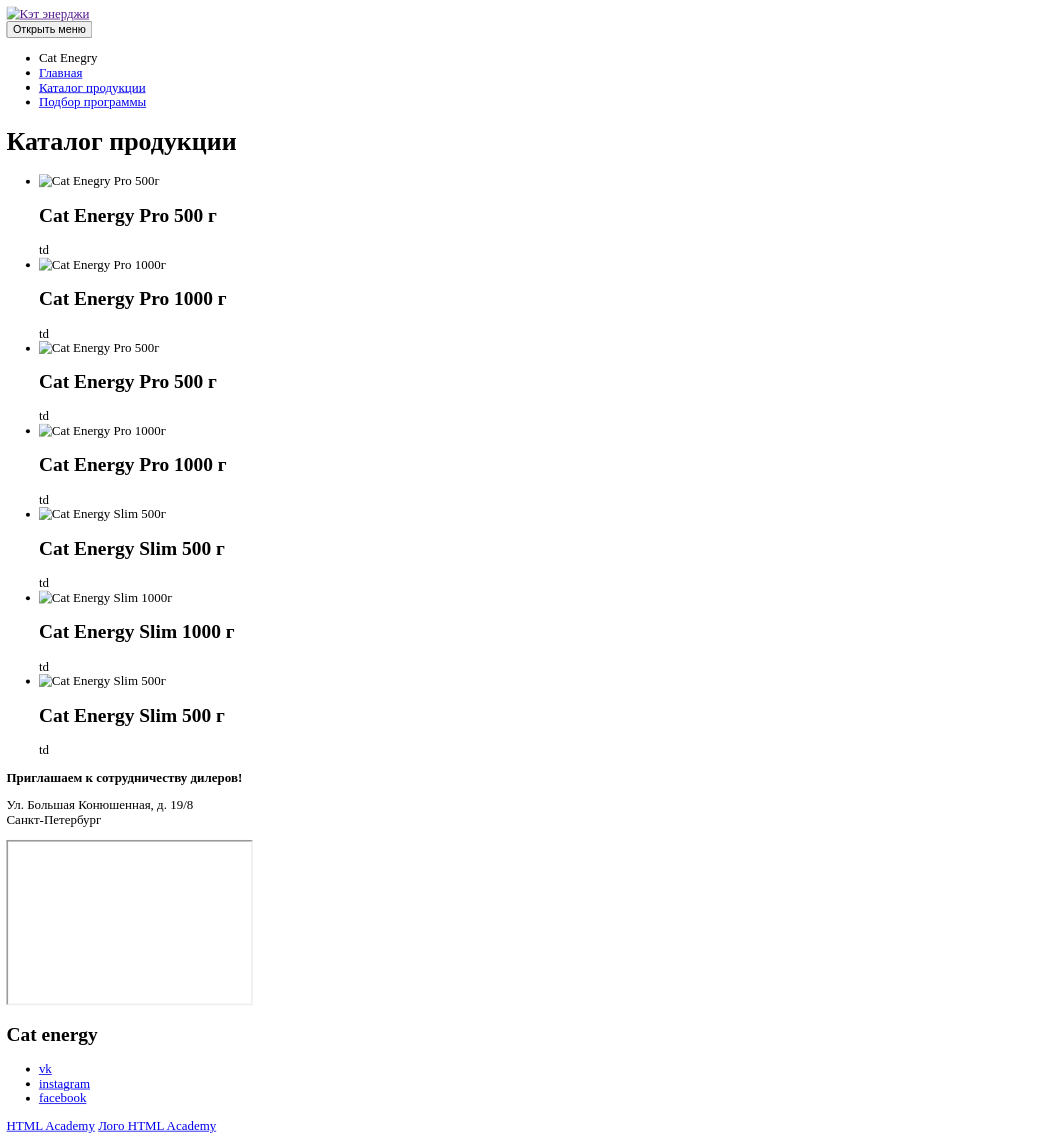
Repository: infernotw/1054987-cat-energy-17
Page: source/catalog.html
The author's editor kept a copy of each file at every save. The page is drawn from the files as they stood at one save, then again after the next save.
The browser window is 1280 px wide. The pictures show the whole page, at 81% of full size.

Above is the page before, as saved 2019-07-17 05:12:38.

### source/catalog.html
<!DOCTYPE html>
<html lang="ru">

<head>
  <meta charset="utf-8">
  <title>HTML Academy: Кэт энерджи</title>
</head>

<body>

  <header class="page-header">
    <a href="" class="page-header__logo">
      <img src="#" alt="Кэт энерджи" width="" height="" class="page-header__logo-image">
    </a>
    <nav class="main-nav">
      <button class="main-nav__toggle" type="button">Открыть меню</button>
      <div class="main-nav__wrapper">
        <ul class="main-nav__list site-list">
          <li class="site-list__item">
            <a class="site-list__item site-list__item--active">Cat Enegry</a>
          </li>
          <li class="site-list__item">
            <a href="#">Главная</a>
          </li>
          <li class="site-list__item">
            <a href="catalog.html">Каталог продукции</a>
          </li>
          <li class="site-list__item">
            <a href="form.html">Подбор программы</a>
          </li>
        </ul>
      </div>
    </nav>
  </header>

  <main class="page-main">
    <h1 class="page-main__title">Каталог продукции</h1>
    <section class="catalog">
      <div class="catalog__wrapper">
        <ul class="catalog__list">
          <li class="catalog__item">
            <img src="#" alt="Cat Enegry Pro 500г" class="catalog__img">
            <h2 class="catalog__name">Cat Energy Pro 500 г</h2>
            <table class="catalog__about">
              <tr>
                td
              </tr>
            </table>
          </li>
          <li class="catalog__item">
            <img src="#" alt="Cat Energy Pro 1000г" class="catalog__img">
            <h2 class="catalog__name">Cat Energy Pro 1000 г</h2>
            <table class="catalog__about">
              <tr>
                td
              </tr>
            </table>
          </li>
          <li class="catalog__item">
            <img src="#" alt="Cat Energy Pro 500г" class="catalog__img">
            <h2 class="catalog__name">Cat Energy Pro 500 г</h2>
            <table class="catalog__about">
              <tr>
                td
              </tr>
            </table>
          </li>
          <li class="catalog__item">
            <img src="#" alt="Cat Energy Pro 1000г" class="catalog__img">
            <h2 class="catalog__name">Cat Energy Pro 1000 г</h2>
            <table class="catalog__about">
              <tr>
                td
              </tr>
            </table>
          </li>
          <li class="catalog__item">
            <img src="#" alt="Cat Energy Slim 500г" class="catalog__img">
            <h2 class="catalog__name">Cat Energy Slim 500 г</h2>
            <table class="catalog__about">
              <tr>
                td
              </tr>
            </table>
          </li>
          <li class="catalog__item">
            <img src="#" alt="Cat Energy Slim 1000г" class="catalog__img">
            <h2 class="catalog__name">Cat Energy Slim 1000 г</h2>
            <table class="catalog__about">
              <tr>
                td
              </tr>
            </table>
          </li>
          <li class="catalog__item">
            <img src="#" alt="Cat Energy Slim 500г" class="catalog__img">
            <h2 class="catalog__name">Cat Energy Slim 500 г</h2>
            <table class="catalog__about">
              <tr>
                td
              </tr>
            </table>
          </li>
        </ul>

      </div>
    </section>


  </main>

  <footer class="page-footer">
    <div class="page-footer__wrapper">
      <div class="page-footer__contacts contacts">
        <b class="contacts__title">Приглашаем к сотрудничеству дилеров!</b>
        <p class="contacts__text">Ул. Большая Конюшенная, д. 19/8<br>Санкт-Петербург</p>
        <div class="contacts__map">
          <iframe src="https://yandex.ru/map-widget/v1/-/CCwfVC62" width="300" height="200"></iframe>
        </div>
      </div>
      <div class="page-footer__social social">
        <h2 class="social__title">Cat energy</h2>
        <ul class="social__list">
          <li class="social__item">
            <a href="#" class="social__link social__link--vk">vk</a>
          </li>
          <li class="social__item">
            <a href="#" class="social__link social__link--instagram">instagram</a>
          </li>
          <li class="social__item">
            <a href="#" class="social__link social__link--facebook">facebook</a>
          </li>
        </ul>
      </div>
      <div class="page-footer__copyright copyright">
        <a href="#" class="copyright__link">HTML Academy</a>
        <a href="#" class="copyright__link">Лого HTML Academy</a>
      </div>
    </div>
  </footer>

</body>

</html>

After the next save:
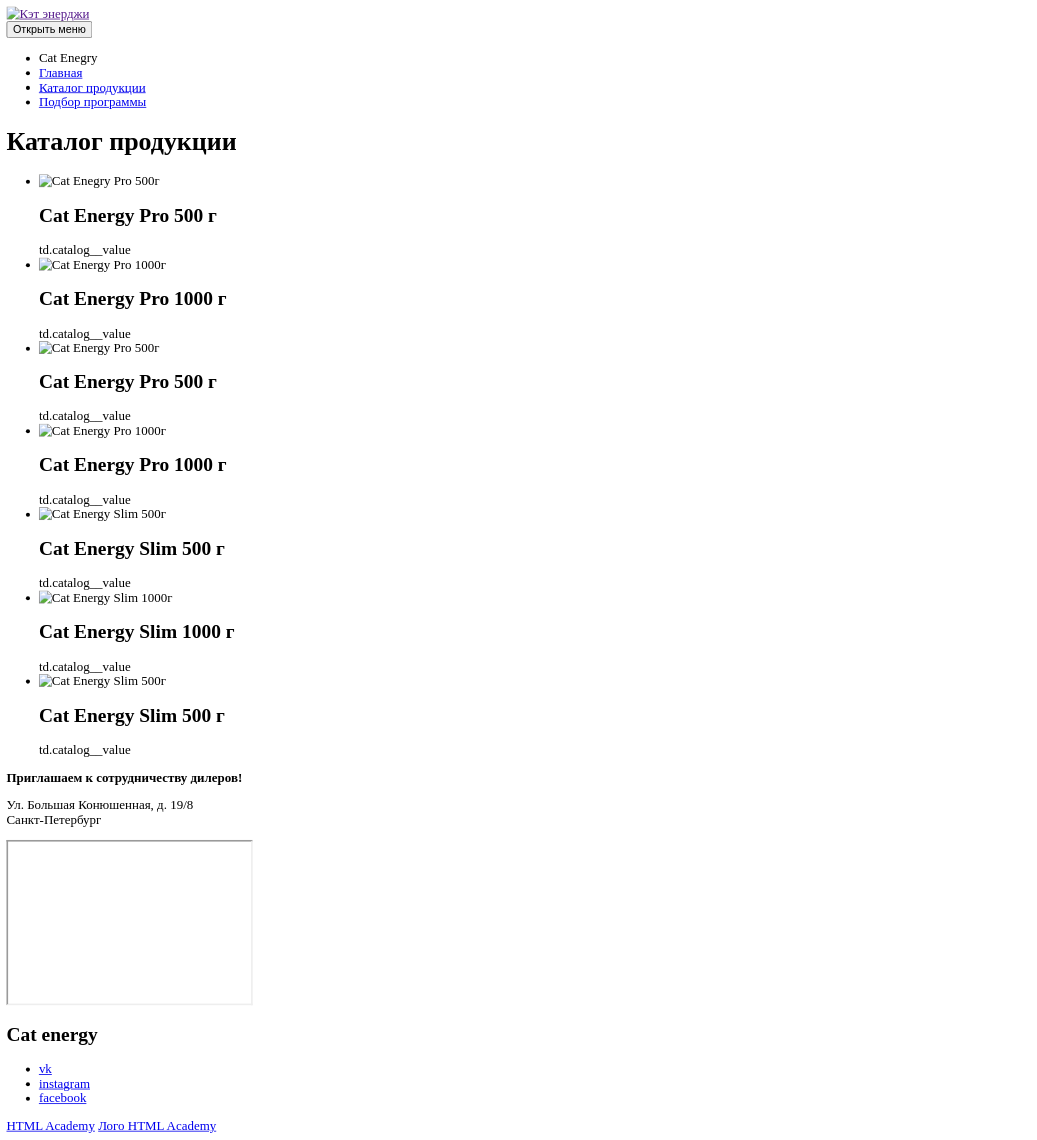
Saved 25 s later.
--- a/source/catalog.html
+++ b/source/catalog.html
@@ -43,7 +43,7 @@
             <h2 class="catalog__name">Cat Energy Pro 500 г</h2>
             <table class="catalog__about">
               <tr>
-                td
+                td.catalog__value
               </tr>
             </table>
           </li>
@@ -52,7 +52,7 @@
             <h2 class="catalog__name">Cat Energy Pro 1000 г</h2>
             <table class="catalog__about">
               <tr>
-                td
+                td.catalog__value
               </tr>
             </table>
           </li>
@@ -61,7 +61,7 @@
             <h2 class="catalog__name">Cat Energy Pro 500 г</h2>
             <table class="catalog__about">
               <tr>
-                td
+                td.catalog__value
               </tr>
             </table>
           </li>
@@ -70,7 +70,7 @@
             <h2 class="catalog__name">Cat Energy Pro 1000 г</h2>
             <table class="catalog__about">
               <tr>
-                td
+                td.catalog__value
               </tr>
             </table>
           </li>
@@ -79,7 +79,7 @@
             <h2 class="catalog__name">Cat Energy Slim 500 г</h2>
             <table class="catalog__about">
               <tr>
-                td
+                td.catalog__value
               </tr>
             </table>
           </li>
@@ -88,7 +88,7 @@
             <h2 class="catalog__name">Cat Energy Slim 1000 г</h2>
             <table class="catalog__about">
               <tr>
-                td
+                td.catalog__value
               </tr>
             </table>
           </li>
@@ -97,7 +97,7 @@
             <h2 class="catalog__name">Cat Energy Slim 500 г</h2>
             <table class="catalog__about">
               <tr>
-                td
+                td.catalog__value
               </tr>
             </table>
           </li>
